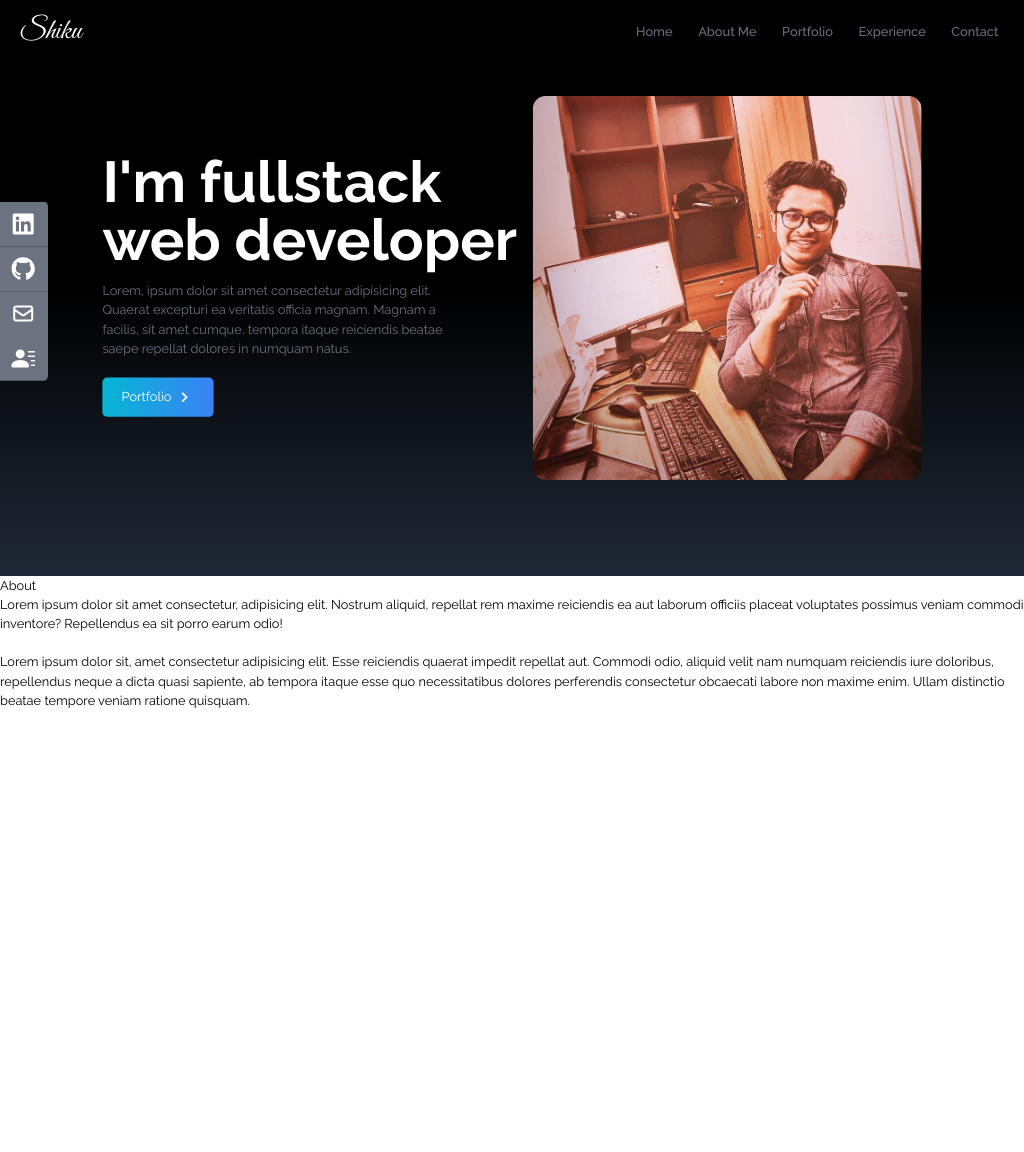
Repository: shikubro90/portfolio2
Page: /
An editor plug-in stored every save of this project. The page is shown before and after a run of saves, followed by the edit.
The browser window is 1280 px wide. The pictures show the whole page, at 80% of full size.
The project was rebuilt for these pictures with package versions that can differ from the ones it lists, and the page was loaded fresh each time. Imported but missing from the stored project, and not drawn on this page: src/assets/CV.pdf.

Above is the page before, as saved 2022-08-26 13:36:02.

### src/index.css
@import url('https://fonts.googleapis.com/css2?family=Raleway:ital,wght@0,200;0,300;0,400;0,500;0,600;0,700;0,800;0,900;1,100;1,200;1,300;1,400;1,500;1,600;1,700;1,800;1,900&display=swap');

@import url('https://fonts.googleapis.com/css2?family=Great+Vibes&display=swap');

@tailwind base;
@tailwind components;
@tailwind utilities;

@layer base{
  html{
    font-family: 'Raleway', sans-serif;
  }
}

### src/App.js
import About from "./components/About";
import Home from "./components/Home";
import Navbar from "./components/Navbar";
import SocialMedia from "./components/SocialMedia";


function App() {
  return (
    <div>
      <Navbar/>
      <Home/>
      <SocialMedia/>
      <About/>
    </div>
  );
}

export default App;

### src/components/About.jsx
import React from 'react'

const About = () => {
  return (
    <div name="about" className='w-full h-screen bg-gradient-to-b from-t-to-b'>
      <div>
        <p>About</p>
      </div>
      <p>
        Lorem ipsum dolor sit amet consectetur, adipisicing elit. Nostrum aliquid, repellat rem maxime reiciendis ea aut laborum officiis placeat voluptates possimus veniam commodi inventore? Repellendus ea sit porro earum odio!
      </p>

      <br />

      <p>Lorem ipsum dolor sit, amet consectetur adipisicing elit. Esse reiciendis quaerat impedit repellat aut. Commodi odio, aliquid velit nam numquam reiciendis iure doloribus, repellendus neque a dicta quasi sapiente, ab tempora itaque esse quo necessitatibus dolores perferendis consectetur obcaecati labore non maxime enim. Ullam distinctio beatae tempore veniam ratione quisquam.</p>

    </div>
  )
}

export default About

### src/components/Home.jsx
import React from 'react'
import heroImage from '../assets/about_me.png'
import {MdOutlineKeyboardArrowRight} from "react-icons/md"

const Home = () => {
  return (
    <div name="home" className='h-screen w-full bg-gradient-to-b from-black via-black to-gray-800 px-4'>
        <div className='max-w-screen-lg mx-auto flex flex-col md:flex-row items-center justify-center h-full'>

            <div className='flex flex-col justify-center text-white'>
                <h1 className='text-4xl sm:text-7xl font-bold'>I'm fullstack web developer</h1>

                <p className='text-gray-500 py-4 max-w-md'>Lorem, ipsum dolor sit amet consectetur adipisicing elit. Quaerat excepturi ea veritatis officia magnam. Magnam a facilis, sit amet cumque, tempora itaque reiciendis beatae saepe repellat dolores in numquam natus.</p>

                <button className='group w-fit flex flex-row items-center px-6 py-3 my-2 rounded-md bg-gradient-to-r from-cyan-500 to-blue-500 cursor-pointer'>
                    Portfolio
                    <span className='group-hover:rotate-90 duration-200'>
                        <MdOutlineKeyboardArrowRight className="ml-1" size={25} />
                    </span>
                </button>

            </div>
            <div>
                <img src={heroImage} alt="heroImage" className='rounded-2xl'/>
            </div>
        </div>
    </div>
  )
}

export default Home

### src/components/Navbar.jsx
import React, { useState } from 'react'
import {FaBars, FaTimes} from 'react-icons/fa'

const Navbar = () => {

  const [nav, setNav] = useState(false)

  const links =[
    {
      id : 1,
      link : "Home"
    },
    {
      id : 2,
      link : "About Me"
    },
    {
      id : 3,
      link : "Portfolio"
    },
    {
      id : 4,
      link : "Experience"
    },
    {
      id : 5,
      link : "Contact"
    },
  ]

  return (
    <div className='bg-black text-white flex justify-between items-center px-4 fixed w-full h-20'>
      <div>
        <h1 className='text-4xl font-signature ml-2'>Shiku</h1>
      </div>

        <ul className='hidden md:flex'>
          {
            links.map((link)=>{
              return(
                <li key={link.id} className='px-4 cursor-pointer capitalize font-medium text-gray-500 hover:scale-105 duration-200 '>
                  {link.link}
                </li>
              )
            })
          }
        </ul>
        <div onClick={()=>{return setNav(!nav)}} className='cursor-pointer pr-10 z-10 text-gray-500 md:hidden'>
          {nav? <FaTimes size={30}/> : <FaBars size={30}/>  }
        </div>

          {nav && (
            <ul className='absolute top-0 left-0 w-full flex flex-col items-center justify-center h-screen bg-gradient-to-b from-black to-gray-800 text-gray-500'>
              {
                links.map(({id, link})=>{
                  return(
                    <li key={id} className='px-4 py-6 text-3xl cursor-pointer capitalize font-medium text-gray-500 hover:scale-105 duration-200 '>
                        {link}
                    </li>
                  )
                })
              }
            </ul>
          )}
    </div>
  )
}

export default Navbar

### src/components/SocialMedia.jsx
import React from 'react'
import {FaGithub, FaLinkedin} from "react-icons/fa"
import {HiOutlineMail} from "react-icons/hi"
import {BsFillPersonLinesFill} from "react-icons/bs"
import resume from '../assets/CV.pdf'

const links = [
    {
        id : 1,
        child : (
            <>
                LinkedIn <FaLinkedin size={30}/>
            </>
        ),
        href : "https://linkedin.com",
        style : 'rounded-tr-md'
    },
    {
        id : 2,
        child : (
            <>
                GitHub <FaGithub size={30}/>
            </>
        ),
        href : "https://github.com/shikubro90?tab=repositories",
    },
    {
        id : 3,
        child : (
            <>
                Mail <HiOutlineMail size={30}/>
            </>
        ),
        href : "mailto:shikubro90@gmail.com",
    },
    {
        id : 4,
        child : (
            <>
                Resume <BsFillPersonLinesFill size={30}/>
            </>
        ),
        href : resume,
        style : 'rounded-br-md',
        download: true
    },
]

const SocialMedia = () => {
  return (
    <div className='hidden lg:flex text-white flex flex-col fixed top-[35%] left-0'>
        <ul>
            {links.map(({id, child, style, href, download})=>{
                return(
                    <li key={id} className={`flex justify-between items-center ml-[-100px] hover:ml-[-10px] duration-300 hover:rounded-md w-40 bg-gray-500 cursor-pointer h-14 ${style}`}>
                        <a href={href}
                            className='flex justify-between items-center w-full px-4'
                            download={download}
                            rel="noreferrer"
                            target="_blank">
                            {child}
                        </a>
                    </li>
                )
            })}
        </ul>
    </div>
  )
}

export default SocialMedia

### tailwind.config.js
/** @type {import('tailwindcss').Config} */
module.exports = {
  content: [
    "./src/**/*.{js,jsx,ts,tsx}",
  ],
  theme: {
    extend: {},
    fontFamily: {
      signature : ["Great Vibes"],
    }
  },
  plugins: [],
}

Loaded but not shown: public/index.html (common file); src/index.js (common file)

After the next 6 saves:
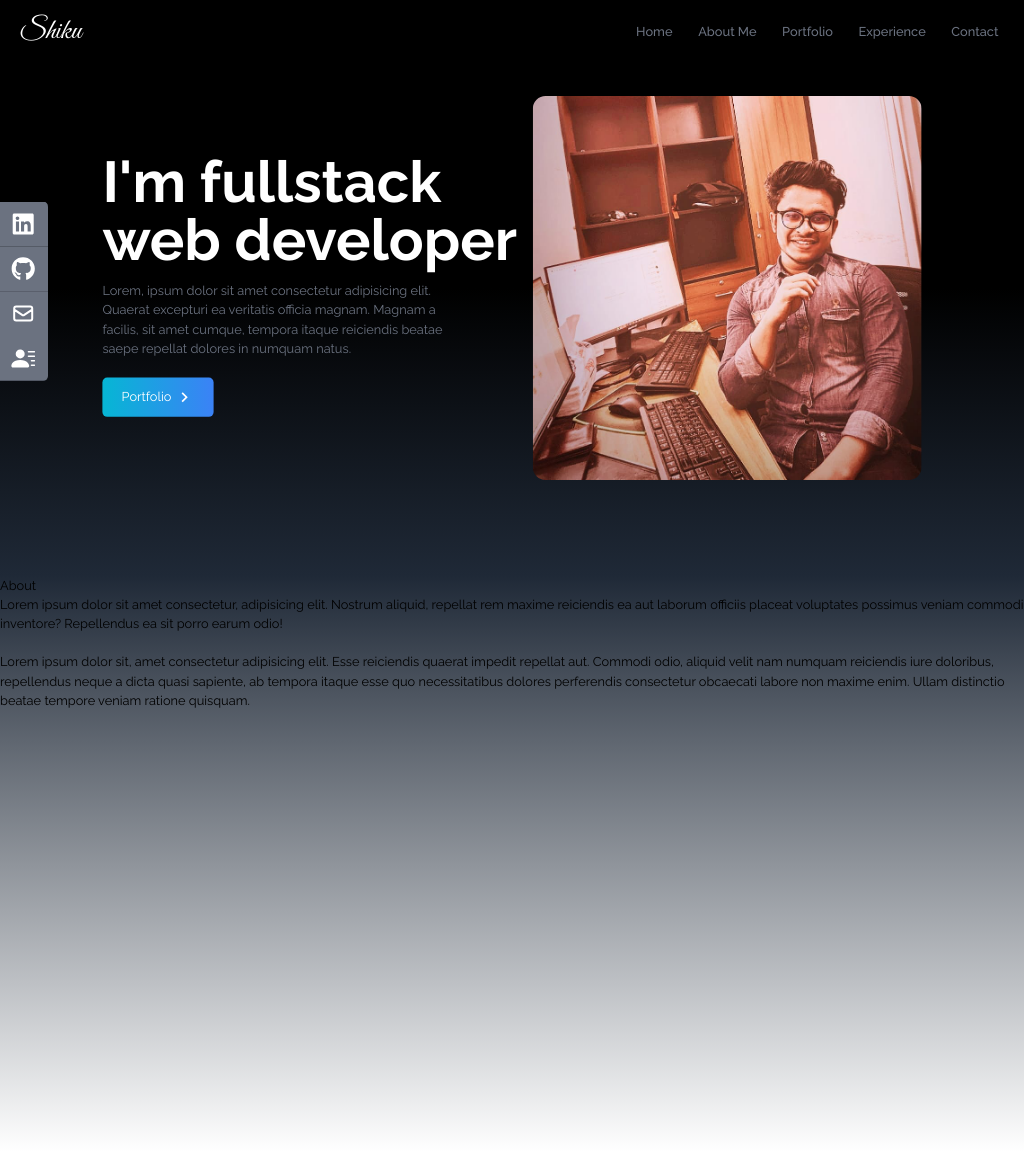
The 6 saves are shown as one change because they came seconds apart.
The last was saved 21 s later.
--- a/src/components/About.jsx
+++ b/src/components/About.jsx
@@ -2,7 +2,7 @@ import React from 'react'
 
 const About = () => {
   return (
-    <div name="about" className='w-full h-screen bg-gradient-to-b from-t-to-b'>
+    <div name="about" className='w-full h-screen bg-gradient-to-b from-gray-800 t'>
       <div>
         <p>About</p>
       </div>
